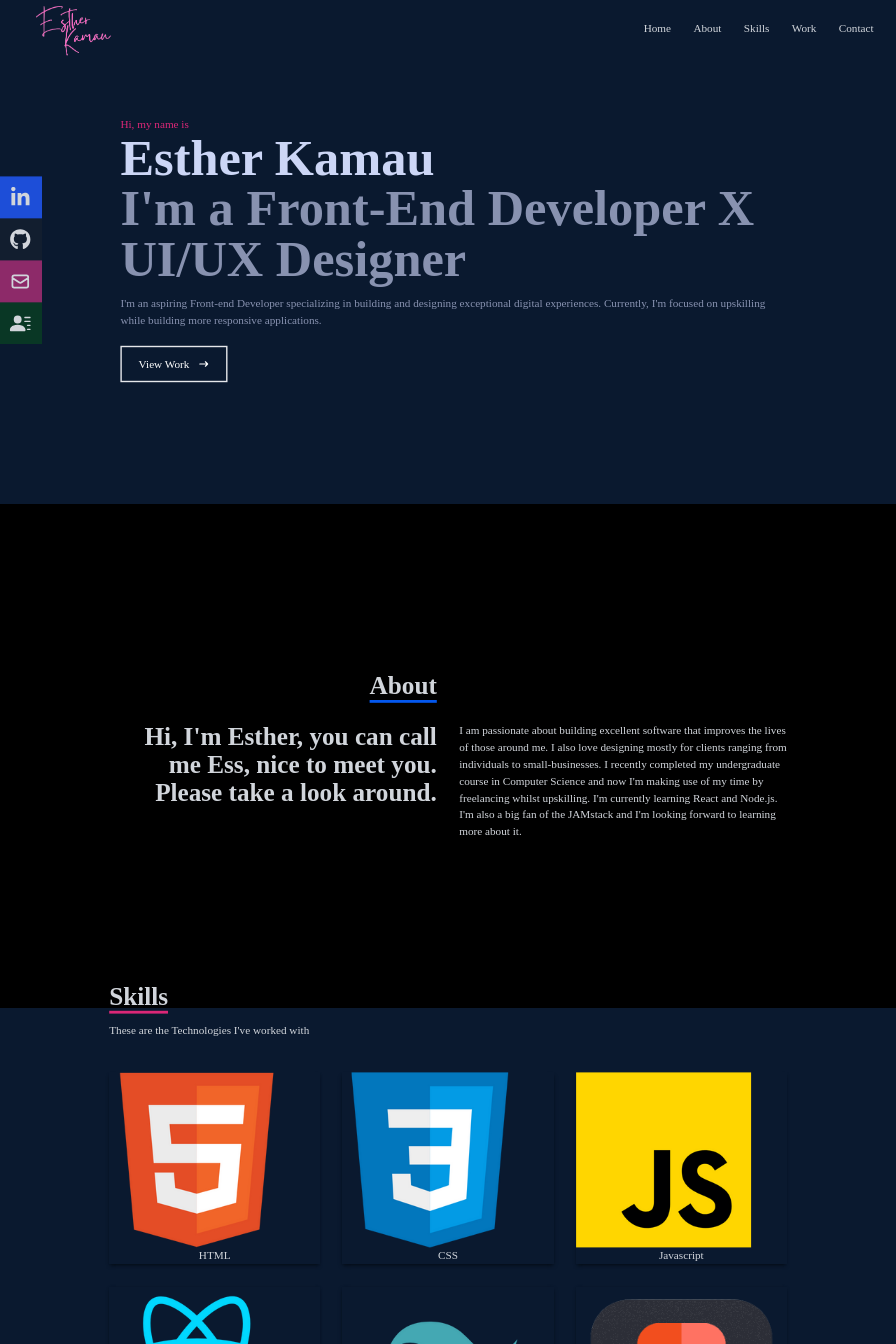
Repository: Esther-Kamau/Z-to-M
Page: /
An editor plug-in stored every save of this project. The page is shown before and after the next save, followed by the edit.
The browser window is 1280 px wide. The pictures show the part of the page from y = 0 to 1920 px (the page is 3610 px tall), at 70% of full size.
The project was rebuilt for these pictures with package versions that can differ from the ones it lists, and the page was loaded fresh each time.

Above is the page before, as saved 2023-03-09 15:08:29.

### public/index.html
<!DOCTYPE html>
<html lang="en">
  <head>
    <meta charset="utf-8" />
    <link rel="icon" href="./ESSLOGO.png" />
    <meta name="viewport" content="width=device-width, initial-scale=1" />
    <meta name="theme-color" content="#000000" />
    <meta
      name="description"
      content="Ess Kamau"
    />
    <link rel="apple-touch-icon" href="./ESSLOGO.png" />


    <link rel="manifest" href="./ESSLOGO.png" />

    <title>Esther Kamau</title>
  </head>
  <body>
    <!-- <noscript>You need to enable JavaScript to run this app.</noscript> -->
    <div id="root"></div>
   </body>
</html>

### src/index.css

@tailwind base;
@tailwind components;
@tailwind utilities;

@import url('https://fonts.googleapis.com/css2?family=Raleway:wght@300;400;500;600;700;800;900&display=swap');

@layer base {
    body {
        @apply font-[Raleway];
    }
    li {
        @apply px-4;
        @apply cursor-pointer
    }
}
.content-div{
    background-repeat: no-repeat;
    background-size: cover;
    background-position: center;
    height: 250px;
}

.content-div:hover{
    background-image: linear-gradient(
        to right, rgba(112, 157, 255, 0.8),
        hsla(242, 74%, 61%, 0.8)
    )!important;
}

### src/App.js
import Navbar from "./components/Navbar";
import Hero from "./components/Hero"
import About from "./components/About"
import Skills from "./components/Skills"
import Work from "./components/Work";
import Contact from "./components/Contact";

function App() {
  return (
    <div className="App">
  <Navbar/>
  <Hero/>
  <About />
  <Skills />
  <Work />
  <Contact />
    </div>
  );
}

export default App;

### src/components/Navbar.jsx
import React, {useState} from 'react';
import {FaBars, FaTimes,FaGithub,FaLinkedin, FaFacebook, FaLinkedinIn} from 'react-icons/fa'
import {HiOutlineMail} from 'react-icons/hi'
import {BsFillPersonLinesFill} from 'react-icons/bs'
import Logo from '../assests/logo.png'
import {Link} from 'react-scroll'

const Navbar = () => {
    const [nav, SetNav] = useState(false)
    const handleClick = () => SetNav(!nav)
  return (
    <div className='fixed w-full h-[80px] flex justify-between items-center px-4 bg-[#0a192f] text-gray-300'>
<div>
    <img src={Logo} alt='logo image' style={{width: '180px'}} />
</div>

{/*Menus*/}

    <ul className='hidden md:flex'>
        <li> <Link  to="hero" smooth={true}  duration={500} >
          Home
        </Link></li>
        <li> <Link  to="about" smooth={true}  duration={500} >
          About
        </Link></li>
        <li> <Link  to="skills" smooth={true}  duration={500} >
          Skills
        </Link></li>
        <li> <Link  to="work" smooth={true}  duration={500} >
          Work
        </Link></li>
        <li> <Link  to="contact" smooth={true}  duration={500} >
          Contact
        </Link></li>
</ul>

{/*Hamburger*/}
<div onClick={handleClick} className='md:hidden z-10'>
 { !nav ? <FaBars className='text-3xl' /> : <FaTimes className='text-3xl' />}
</div>

{/*Mobile Menus*/}
<ul className={!nav ? 'hidden' : 'absolute top-0 left-0 w-full h-screen bg-[#0a192f] flex flex-col justify-center items-center'}>
        <li  className='py-6 text-4xl'> <li> <Link onClick={handleClick} to="hero" smooth={true}  duration={500} >
          Home
        </Link></li></li>
        <li className='py-6 text-4xl'> <li> <Link onClick={handleClick}  to="about" smooth={true}  duration={500} >
          About
        </Link></li></li>
        <li className='py-6 text-4xl'><li> <Link onClick={handleClick} to="skills" smooth={true}  duration={500} >
          Skills
        </Link></li></li>
        <li className='py-6 text-4xl'><li> <Link onClick={handleClick} to="work" smooth={true}  duration={500} >
          Work
        </Link></li></li>
        <li className='py-6 text-4xl'> <li> <Link onClick={handleClick} to="contact" smooth={true}  duration={500} >
          Contact
        </Link></li></li>
</ul>
{/*Social Links*/}
<div className='hidden lg:flex fixed flex-col top-[35%] left-0'>
<ul>
    <li className='w-[160px] h-[60px] flex justify-between items-center ml-[-100px] hover:ml-[-10px] duration-300 bg-blue-700 '>
        <a className='flex justify-between items-center w-full text-gray-300' href='/'>
            LinkedIn <FaLinkedinIn size={30}/>
            </a>
    </li>
    <li className='w-[160px] h-[60px] flex justify-between items-center ml-[-100px] hover:ml-[-10px] duration-300 bg-[#3333] '>
        <a className='flex justify-between items-center w-full text-gray-300' href='/'>
          Github <FaGithub size={30}/>
            </a>
    </li>
    <li className='w-[160px] h-[60px] flex justify-between items-center ml-[-100px] hover:ml-[-10px] duration-300 bg-[#8d2a69] '>
        <a className='flex justify-between items-center w-full text-gray-300' href='/'>
           Email <HiOutlineMail size={30}/>
            </a>
    </li>
    <li className='w-[160px] h-[60px] flex justify-between items-center ml-[-100px] hover:ml-[-10px] duration-300 bg-[rgba(6,175,3,0.2)] '>
        <a className='flex justify-between items-center w-full text-gray-300' href='/'>
           Resume <BsFillPersonLinesFill size={30}/>
            </a>
    </li>
</ul>
</div>

</div>

  )
}

export default Navbar

### src/components/Hero.jsx
import React from 'react'
import {HiArrowNarrowRight} from 'react-icons/hi'

const Hero = () => {
  return (
    <div name='hero' className='w-full h-screen bg-[#0a192f]'>

        {/*Container*/}
        <div className='max-w-[1000px] mx-auto px-8 flex flex-col justify-center h-full'>
            <p className='text-pink-600'>Hi, my name is </p>
            <h1 className='text-4xl sm:text-7xl font-bold text-[#ccd6f6]'>Esther Kamau</h1>
            <h2 className='text-5xl sm:text-7xl font-bold text-[#8892b0]'>I'm a Front-End Developer X UI/UX Designer</h2>
            <p className='text-[#8892b0] py-4 max-w[700px]'>I'm an aspiring Front-end Developer specializing in building and designing exceptional
                digital experiences. Currently, I'm focused on upskilling while building more responsive applications.
            </p>
            <div>
                <button className='text-white group border-2 px-6 py-3 my-2 flex items-center hover:bg-pink-600 hover:border-pink-600'>View Work
                <span className = 'group-hover:rotate-90 duration-300'>
                <HiArrowNarrowRight className='ml-3'/>
                </span>
                </button>
            </div>
        </div>
    </div>
  )
}

export default Hero

### src/components/About.jsx
import React from 'react'

const About = () => {
  return (

    <div name='about' className='w-full h-screen bg-[#000] text-gray-300'>
    <div className='flex flex-col justify-center items-center w-full h-full'>
      <div className='max-w-[1000px] w-full grid grid-cols-2 gap-8'>
        <div className='sm:text-right pb-8 pl-4'>
          <p className='text-4xl font-bold inline border-b-4 border-[#0357EE]'>
            About
          </p>
        </div>
        <div></div>
        </div>
        <div className='max-w-[1000px] w-full grid sm:grid-cols-2 gap-8 px-4'>
          <div className='sm:text-right text-4xl font-bold'>
            <p>Hi, I'm Esther, you can call me Ess, nice to meet you. Please take a look around.</p>
          </div>
          <div>
            <p>I am passionate about building excellent software that improves the lives of those around me.
             I also love designing mostly for clients ranging from individuals to small-businesses.
             I recently completed my undergraduate course in Computer Science and now I'm making use of my time by freelancing
            whilst upskilling. I'm currently learning React and Node.js. I'm also a big fan of the JAMstack and I'm looking forward to
            learning more about it.</p>
          </div>
        </div>
    </div>
  </div>


  )
}

export default About

### src/components/Skills.jsx
import React from 'react';

import HTML from '../assests/html.png';
import CSS from '../assests/css.png';
import Javascript from '../assests/javascript.png';
import Tailwind from '../assests/tailwind.png';
import Figma from '../assests/figma.png';
// import SQL from '../assests/sql.png';
import REACT from '../assests/react.png';




const Skills = () => {
  return (
    <div name='skills' className='w-full h-screen bg-[#0a192f]  text-gray-300'>
       {/*Container*/}
       <div className='max-w-[1000px] mx-auto p-4 flex flex-col justify-center w-full h-full'>
        <div>
            <p className='text-4xl font-bold inline border-b-4 border-pink-600'>Skills</p>
            <p className='py-4'>These are the Technologies I've worked with</p>
        </div>
        <div className='w-full grid grid-cols-2 sm:grid-cols-3 gap-8 text-center py-8'>
        <div className='shadow-md shadow-[#040c16] hover:scale-110 duration:500'>
            <img src={HTML} alt="HTML icon" />
            <p>HTML</p>
        </div>
        <div className='shadow-md shadow-[#040c16] hover:scale-110 duration:500'>
            <img src={CSS} alt="CSS icon" />
            <p>CSS</p>
        </div>
        <div className='shadow-md shadow-[#040c16] hover:scale-110 duration:500'>
            <img src={Javascript} alt="JS icon" />
            <p>Javascript</p>
        </div>
        <div className='shadow-md shadow-[#040c16] hover:scale-110 duration:500'>
            <img src={REACT} alt="React icon" />
            <p>REACT</p>
        </div>
        <div className='shadow-md shadow-[#040c16] hover:scale-110 duration:500'>
            <img src={Tailwind} alt="Tailwind icon" />
            <p>Tailwind</p>
        </div>
        <div className='shadow-md shadow-[#040c16] hover:scale-110 duration:500'>
            <img src={Figma} alt="Figma icon" />
            <p>Figma</p>
        </div>
        {/* <div className='shadow-md shadow-[#040c16] hover:scale-110 duration:500'>
            <img src={SQL} alt="SQL icon" />
            <p>SQL</p>
        </div> */}

        </div>
        </div>
       </div>



  )
}

export default Skills

### src/components/Work.jsx
import React from 'react'
import WorkImg from '../assests/projects/workImg.jpeg';
import realestate from '../assests/projects/realestate.jpg';



const Work = () => {
  return (
    <div name='work' className='w-full md:h-screen text-gray-300 bg-[#0a192f]'>
<div className='max-w-[1000px] mx-auto p-4 flex flex-col justify-center w-full h-full'>
    <div className='pb-8'>
        <p className='text-4xl font-bold inline border-b-4 border-pink-600'>Work</p>
        <p className='py-8'>These are some of my projects</p>
    </div>
    {/*Container for the work done*/}
    <div className='grid sm:grid-cols-2 md:grid-cols-3 gap-4'>
        {/*grid card item*/}
    {/* passing through our image dynamically */}
        <div style={{backgroundImage: `url(${WorkImg})`}} className='shadow-lg shadow-[040c16] group container rounded-md flex justify-center items-center mx-auto content-div'>
            {/*Hover Effects*/}
            <div className='opacity-0 group-hover:opacity-100'>
                       <span className='text-2xl font-bold text-white tracking-wider'>
                      React-JS Application
                       </span>
                        <div className='py-8 text-center' >
                            <a href="/">
                               <button className='text-center rounded-lg px-4 py-3 m-2 bg-purple-300 hover:bg-white font-bold text-lg'>Demo</button>
                            </a>
                            <a href="/">
                               <button className='text-center rounded-lg px-4 py-3 m-2 bg-purple-300 hover:bg-white font-bold text-lg'>Code</button>
                            </a>
                        </div>

                 </div>
        </div>
        {/*grid item*/}

                {/*grid card item*/}
    {/* passing through our image dynamically */}
    <div style={{backgroundImage: `url(${realestate})`}} className='shadow-lg shadow-[040c16] group container rounded-md flex justify-center items-center mx-auto content-div'>
            {/*Hover Effects*/}
            <div className='opacity-0 group-hover:opacity-100'>
                       <span className='text-2xl font-bold text-white tracking-wider'>
                      PHP x Bootstrap Application
                       </span>
                        <div className='py-8 text-center' >
                            <a href="/">
                               <button className='text-center rounded-lg px-4 py-3 m-2 bg-purple-300  hover:bg-white font-bold text-lg'>Demo</button>
                            </a>
                            <a href="/">
                               <button className='text-center rounded-lg px-4 py-3 m-2 bg-purple-300  hover:bg-white font-bold text-lg'>Code</button>
                            </a>
                        </div>

                 </div>
        </div>
        {/*grid item*/}
            {/*grid card item*/}
    {/* passing through our image dynamically */}
    <div style={{backgroundImage: `url(${WorkImg})`}} className='shadow-lg shadow-[040c16] group container rounded-md flex justify-center items-center mx-auto content-div'>
            {/*Hover Effects*/}
            <div className='opacity-0 group-hover:opacity-100'>
                       <span className='text-2xl font-bold text-white tracking-wider'>
                      React-JS Application
                       </span>
                        <div className='py-8 text-center' >
                            <a href="/">
                               <button className='text-center rounded-lg px-4 py-3 m-2 bg-purple-300 hover:bg-white font-bold text-lg'>Demo</button>
                            </a>
                            <a href="/">
                               <button className='text-center rounded-lg px-4 py-3 m-2 bg-purple-300  hover:bg-white font-bold text-lg'>Code</button>
                            </a>
                        </div>

                 </div>
        </div>
        {/*grid item*/}

                {/*grid card item*/}
    {/* passing through our image dynamically */}
    <div style={{backgroundImage: `url(${realestate})`}} className='shadow-lg shadow-[040c16] group container rounded-md flex justify-center items-center mx-auto content-div'>
            {/*Hover Effects*/}
            <div className='opacity-0 group-hover:opacity-100'>
                       <span className='text-2xl font-bold text-white tracking-wider'>
                      PHP x Bootstrap Application
                       </span>
                        <div className='py-8 text-center' >
                            <a href="/">
                               <button className='text-center rounded-lg px-4 py-3 m-2 bg-purple-300  hover:bg-white font-bold text-lg'>Demo</button>
                            </a>
                            <a href="/">
                               <button className='text-center rounded-lg px-4 py-3 m-2 bg-purple-300  hover:bg-white font-bold text-lg'>Code</button>
                            </a>
                        </div>

                 </div>
        </div>
        {/*grid item*/}

    {/*grid card item*/}
    {/* passing through our image dynamically */}
    <div style={{backgroundImage: `url(${WorkImg})`}} className='shadow-lg shadow-[040c16] group container rounded-md flex justify-center items-center mx-auto content-div'>
            {/*Hover Effects*/}
            <div className='opacity-0 group-hover:opacity-100'>
                       <span className='text-2xl font-bold text-white tracking-wider'>
                      React-JS Application
                       </span>
                        <div className='py-8 text-center' >
                            <a href="/">
                               <button className='text-center rounded-lg px-4 py-3 m-2 bg-purple-300 hover:bg-white font-bold text-lg'>Demo</button>
                            </a>
                            <a href="/">
                               <button className='text-center rounded-lg px-4 py-3 m-2 bg-purple-300  hover:bg-white font-bold text-lg'>Code</button>
                            </a>
                        </div>

                 </div>
        </div>
        {/*grid item*/}

                {/*grid card item*/}
    {/* passing through our image dynamically */}
    <div style={{backgroundImage: `url(${realestate})`}} className='shadow-lg shadow-[040c16] group container rounded-md flex justify-center items-center mx-auto content-div'>
            {/*Hover Effects*/}
            <div className='opacity-0 group-hover:opacity-100'>
                       <span className='text-2xl font-bold text-white tracking-wider'>
                      PHP x Bootstrap Application
                       </span>
                        <div className='py-8 text-center' >
                            <a href="/">
                               <button className='text-center rounded-lg px-4 py-3 m-2 bg-purple-300 hover:bg-white font-bold text-lg'>Demo</button>
                            </a>
                            <a href="/">
                               <button className='text-center rounded-lg px-4 py-3 m-2 bg-purple-300  hover:bg-white font-bold text-lg'>Code</button>
                            </a>
                        </div>

                 </div>
        </div>
        {/*grid item*/}





    </div>
</div>
    </div>
  )
}

export default Work

### src/components/Contact.jsx
import React from 'react'


const Contact = () => {
  return (
    <div name='contact' className='w-full h-screen bg-[#0a192f] flex justify-center items-center p-4'>
<form method="POST" action="https://getform.io/f/44ef1251-56b2-47ca-a43b-9c3faddf1d63" className='flex flex-col max-w-[600px] w-full'>
    <div className='pb-8'>
        <h1 className='text-4xl font-bold inline border-b-4 border-pink-600 text-gray-400'>Contact</h1>
        <p className='text-gray-300 py-4'>Lets Talk! Shoot me an email at kamauestherofficial@gmail.com</p>
        </div>

        <input className=' my-4 p-4 bg-white rounded-lg' type="text" placeholder='Name' name='name' />
        <input className='my-4 p-4 bg-white rounded-lg' type="text" placeholder='Email' name='email' />
        <textarea className='my-6 p-4 bg-white rounded-lg' name="message" id="" cols="10" rows="10" placeholder='Message'></textarea>

        <button className='text-white border-2 hover:bg-pink-600 px-4 py-3 my-8 mx-auto flex items-center'>Let's Collaborate</button>
</form>
</div>
  )
}

export default Contact

Loaded but not shown: src/index.js (common file); tailwind.config.js (common file)

After the next save:
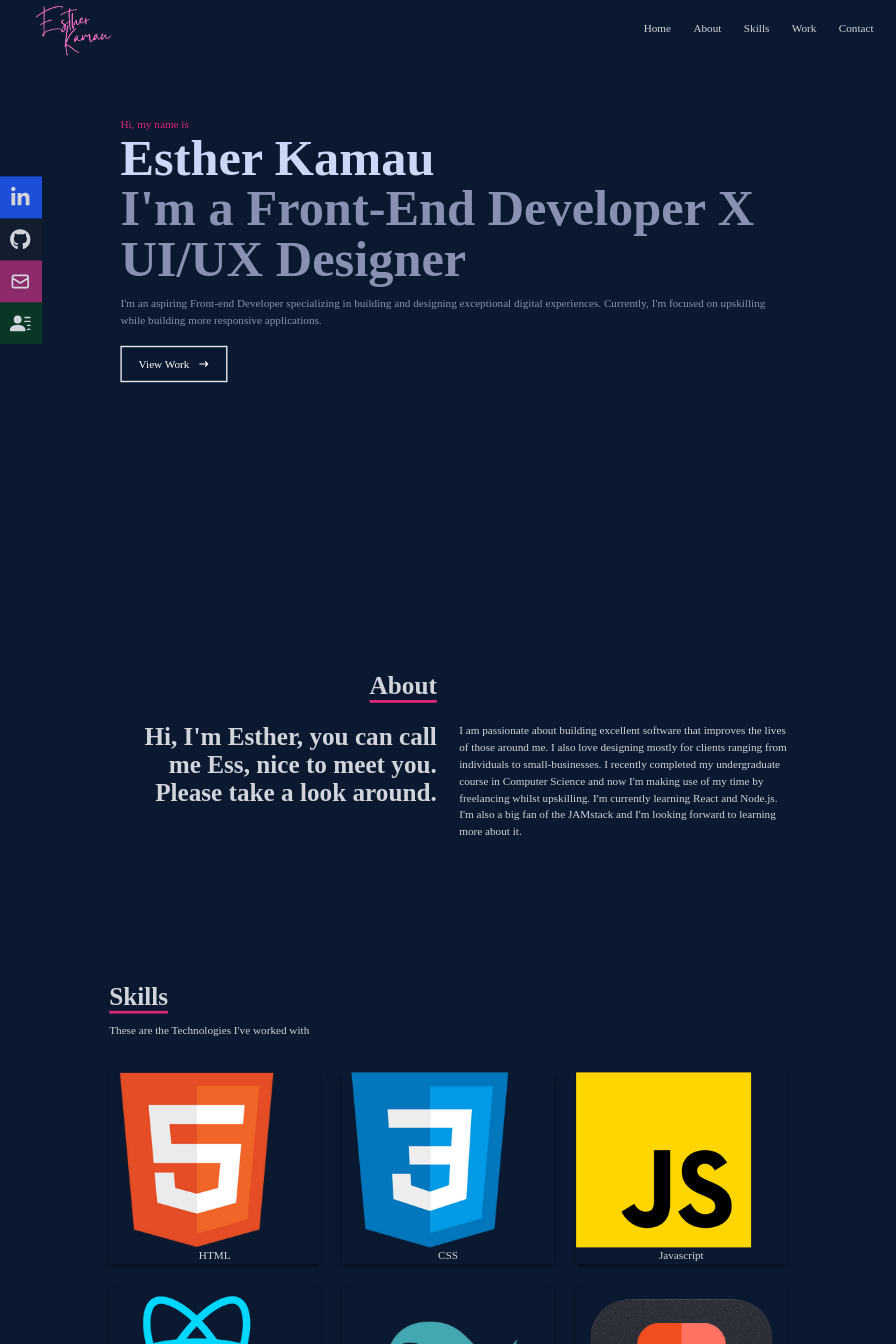
Saved 5 s later.
--- a/src/components/About.jsx
+++ b/src/components/About.jsx
@@ -3,11 +3,11 @@
 const About = () => {
   return (
 
-    <div name='about' className='w-full h-screen bg-[#000] text-gray-300'>
+    <div name='about' className='w-full h-screen bg-[#0a192f] text-gray-300'>
     <div className='flex flex-col justify-center items-center w-full h-full'>
       <div className='max-w-[1000px] w-full grid grid-cols-2 gap-8'>
         <div className='sm:text-right pb-8 pl-4'>
-          <p className='text-4xl font-bold inline border-b-4 border-[#0357EE]'>
+          <p className='text-4xl font-bold inline border-b-4 border-pink-600'>
             About
           </p>
         </div>
